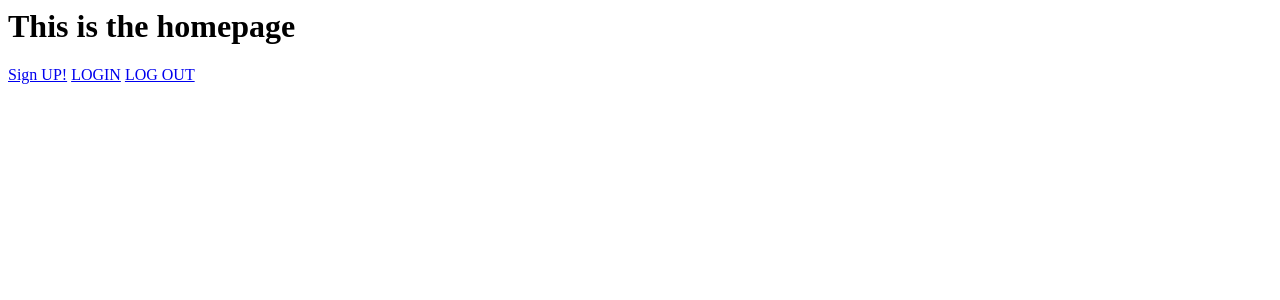
Repository: bosicheng/yelpcamp-project
Page: http://localhost/
The author's editor kept a record of every edit. The page is drawn from the files as they stood at one moment, then again after the next edit.
The browser window is 1280 px wide. The pictures show the whole page.
The page is served by the project's Node server (Authentication/AuthDemo/app.js). Other server files are loaded and not shown.

Above is the page before.

### Authentication/AuthDemo/views/home.ejs
<h1>This is the homepage</h1>

<a href='/register'>Sign UP!</a>

<a href='/login'>LOGIN</a>

<a href='/logout'>LOG OUT</a>

### Authentication/AuthDemo/app.js
var express=require("express");
var app=express();
var mongoose=require('mongoose');
var passport=require("passport");
var bodyParser=require('body-parser');
var localStrategy=require('passport-local');
var passportLocalMongoose=require("passport-local-mongoose");
var User=require("./models/user");
var expressSession=require("express-session");

mongoose.connect("mongodb://localhost/auth_demo_app",{ useNewUrlParser: true });

app.use(expressSession({
    // 这里的secret是用来编码和解码进程的
    // 因为在进程中我们不会把数据存储为普通的英语
    secret:"aaa",
    resave:false,
    saveUninitialized:false
}))

app.use(passport.initialize());
app.use(passport.session());

// 这两行代码是负责从进程中读取数据并进行编码和解码
passport.serializeUser(User.serializeUser());
passport.deserializeUser(User.deserializeUser());
passport.use(new localStrategy(User.authenticate()));

app.set('view engine','ejs')

// 只要用form表单传数据都需要用到这行代码
app.use(bodyParser.urlencoded({extended:true}));

//ROUTES

app.get('/',function(req,res){
    res.render('home')
})

// 使用middleware操作阻止直接进入secret页，需要判断是否loggedin
app.get('/secret',isLoggedIn,function(req,res){
    res.render('secret')
})

//Authentication ROUTES
//show sign up form
app.get('/register',function(req,res){
    res.render('register')
})

app.post('/register',function(req,res){
    // 这里的逻辑是：form表单提交了req.body.username
    // 然后    .register方法新建user对象把username和传过来的username hash成对，再单独传password
    // 建立账户密码以后可以去数据库中查看，可以发现密码被编码成很长的一串
    User.register(new User({username:req.body.username}),req.body.password,function(err,user){
        if(err){
            console.log(err)
            return res.render('register')
        }
        passport.authenticate("local")(req, res, function(){
           res.redirect("/secret");
        });
    })
})

//LOGIN ROUTE
app.get('/login',function(req,res){
    res.render('login')
})

//login logic
// 但是这里不能直接post，是需要检测账号密码是否正确
//middleware: run before the final route callback,在route的开始和结束中间
app.post('/login',passport.authenticate('local',{
    successRedirect:'/secret',
    failureRedirect:'/login'
}),function(req,res){

})


app.get('/logout',function(req,res){
    // 下面指令的意义是passport会清除user所有在进程中的数据
    req.logout();
    res.redirect('/login')
})

// 这里的next指的就是最后一个route，也就是final callback
function isLoggedIn(req,res,next){
    if(req.isAuthenticated()){
        // 继续下一步
        return next();
    }
    res.redirect('/login')
}



app.listen(process.env.PORT,process.env.IP,function(){
    console.log('Server Started!')
})

After the next edit:
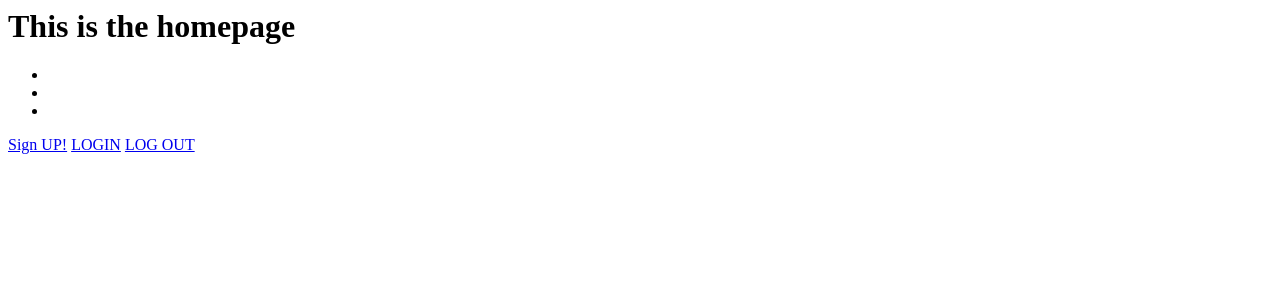
The edit:
--- a/Authentication/AuthDemo/views/home.ejs
+++ b/Authentication/AuthDemo/views/home.ejs
@@ -1,7 +1,10 @@
 <h1>This is the homepage</h1>
 
+<ul>
+    <li></li>
+    <li></li>
+    <li></li>
+</ul>
 <a href='/register'>Sign UP!</a>
-
 <a href='/login'>LOGIN</a>
-
 <a href='/logout'>LOG OUT</a>
